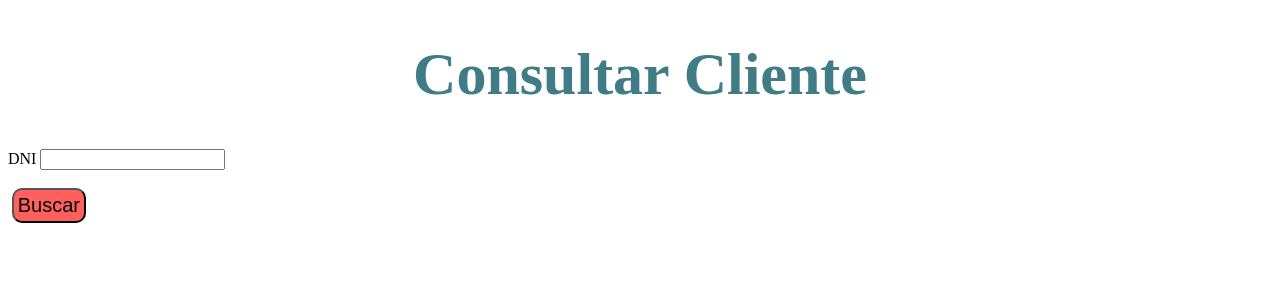
Repository: MCamilaM/app-web-register
Page: http://localhost/consultClient
The author's editor kept a record of every edit. The page is drawn from the files as they stood at one moment, then again after the next edit.
The browser window is 1280 px wide. The pictures show the whole page.
The page is served by the project's application, run on Flask 3 (server.py).

Above is the page before.

After the next edit:
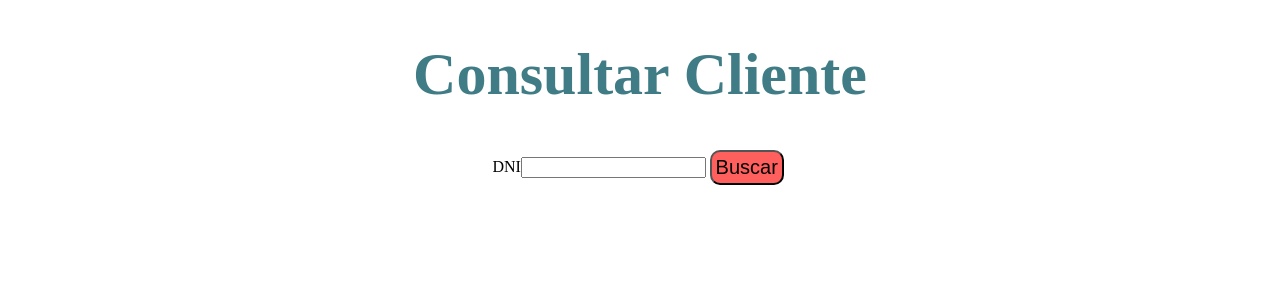
The edit:
--- a/templates/consultClient.html
+++ b/templates/consultClient.html
@@ -9,7 +9,7 @@
     <body>
     <h1>Consultar Cliente</h1>
 
-    <div >
+    <div class="consult">
         <label for="dni">DNI</label>
         <input type="number" id="dni" name="dni" required/><br><br>
 
